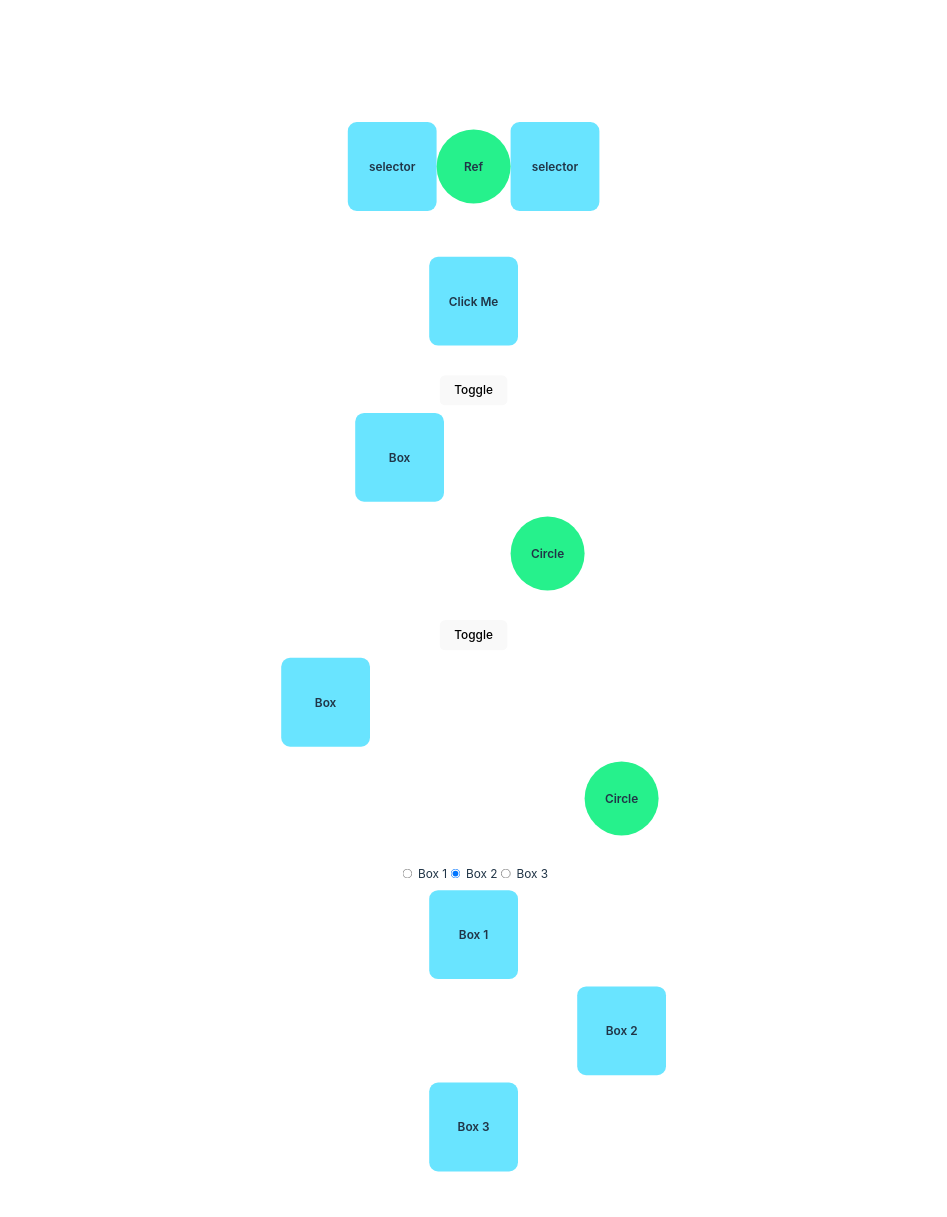
Repository: s-babaeizadeh/gsap-animation-examples
Page: /
The author's editor kept a copy of each file at every save. The page is drawn from the files as they stood at one save, then again after the next save.
The browser window is 1280 px wide. The pictures show the whole page, at 74% of full size.
The project was rebuilt for these pictures with package versions that can differ from the ones it lists, and the page was loaded fresh each time. Also part of the build but not shown: vite.config.js.

Above is the page before, as saved 2024-09-10 20:36:59.

After the next save:
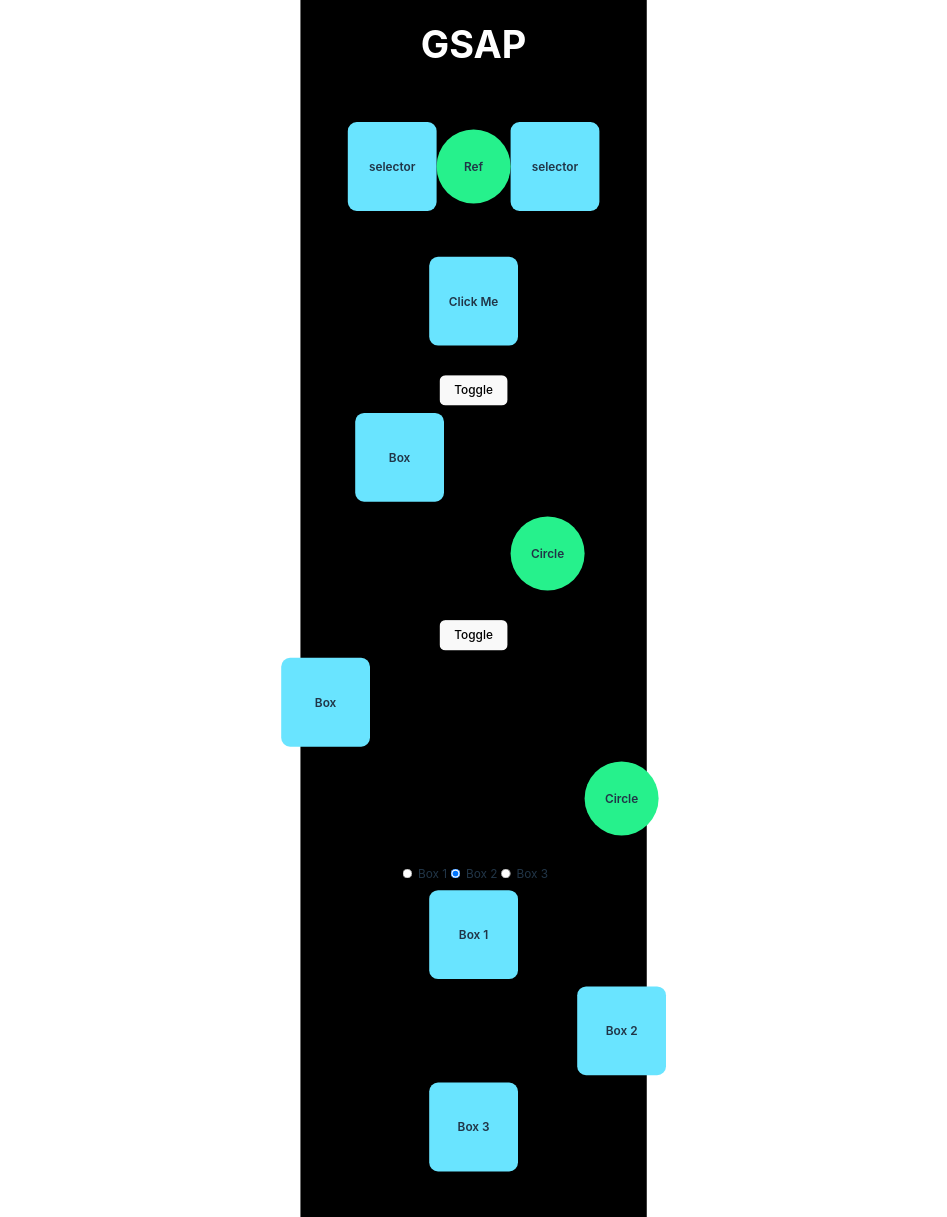
Saved 18 s later.
--- a/src/App.css
+++ b/src/App.css
@@ -1,11 +1,10 @@
 .App {
-  max-width: 1280px;
+  /* max-width: 1280px; */
   margin: 0 auto;
   padding: 2rem;
   text-align: center;
-  /* background-color: black; */
+  background-color: black;
   background-size: cover;
-  h-screen bg-black
 }
 
 .title {
